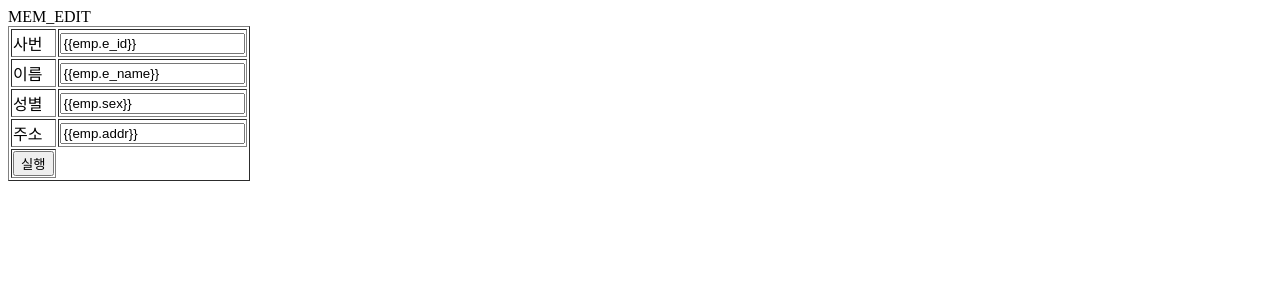
Repository: YOUNARAE/Python
Page: HELLO_PYTHON/day11/templates/mem_edit.html
These files come from the project's save history. The page is drawn as it stood at one moment and after the next save; the edit follows.
The browser window is 1280 px wide. The pictures show the whole page.

Above is the page before, as saved 2022-12-07 03:32:43.

### HELLO_PYTHON/day11/templates/mem_edit.html
<!DOCTYPE html>
<html>
<head>
<meta charset="UTF-8">
<title>MEM Edit</title>
</head>
<body>
MEM_EDIT
<form action="mem_edit_act" method="post">
	<table border="1">
		<tr>
			<td>사번</td>
			<td><input type="text" name="e_id" value="{{emp.e_id}}"></td>
		</tr>
		<tr>
			<td>이름</td>
			<td><input type="text" name="e_name"  value="{{emp.e_name}}"></td>
		</tr>
		<tr>
			<td>성별</td>
			<td><input type="text" name="sex" value="{{emp.sex}}"></td>
		</tr>
		<tr>
			<td>주소</td>
			<td><input type="text" name="addr" value="{{emp.addr}}"></td>
		</tr>
		<tr>
			<td>
				<input type="submit" value="실행">
			</td>
		</tr>
	</table>
</form>
</body>
</html>

After the next save:
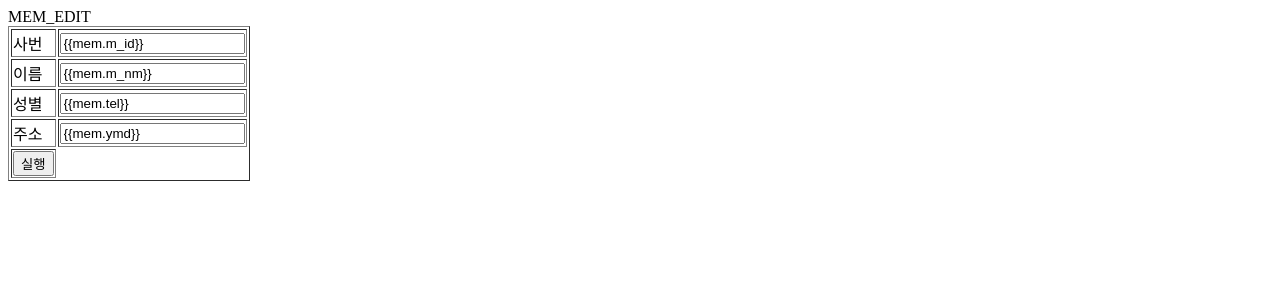
Saved 45 s later.
--- a/HELLO_PYTHON/day11/templates/mem_edit.html
+++ b/HELLO_PYTHON/day11/templates/mem_edit.html
@@ -10,19 +10,19 @@ MEM_EDIT
 	<table border="1">
 		<tr>
 			<td>사번</td>
-			<td><input type="text" name="e_id" value="{{emp.e_id}}"></td>
+			<td><input type="text" name="m_id" value="{{mem.m_id}}"></td>
 		</tr>
 		<tr>
 			<td>이름</td>
-			<td><input type="text" name="e_name"  value="{{emp.e_name}}"></td>
+			<td><input type="text" name="m_nm"  value="{{mem.m_nm}}"></td>
 		</tr>
 		<tr>
 			<td>성별</td>
-			<td><input type="text" name="sex" value="{{emp.sex}}"></td>
+			<td><input type="text" name="tel" value="{{mem.tel}}"></td>
 		</tr>
 		<tr>
 			<td>주소</td>
-			<td><input type="text" name="addr" value="{{emp.addr}}"></td>
+			<td><input type="text" name="ymd" value="{{mem.ymd}}"></td>
 		</tr>
 		<tr>
 			<td>
